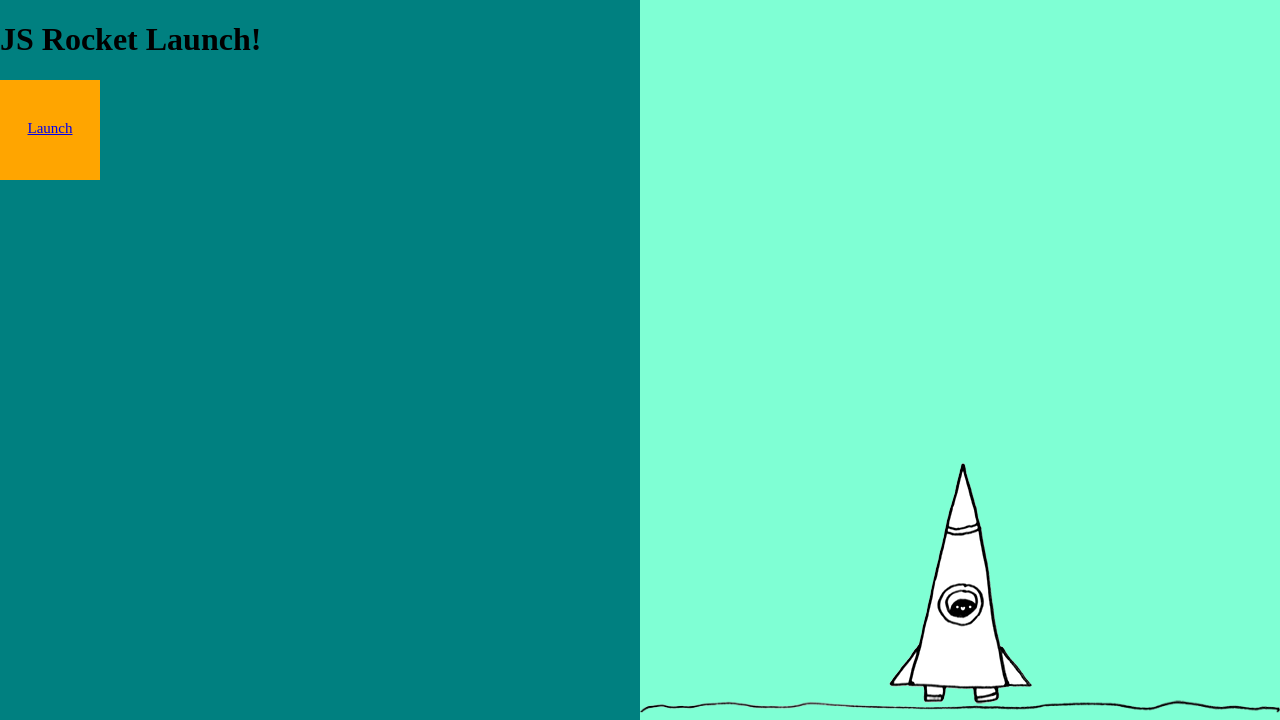
Repository: alcarrizo/Rocket-launch
Page: index.html
The author's editor kept a copy of each file at every save. The page is drawn from the files as they stood at one save, then again after the next save.
The browser window is 1280 px wide. The pictures show the whole page.

Above is the page before, as saved 2022-10-20 17:34:07.

After the next save:
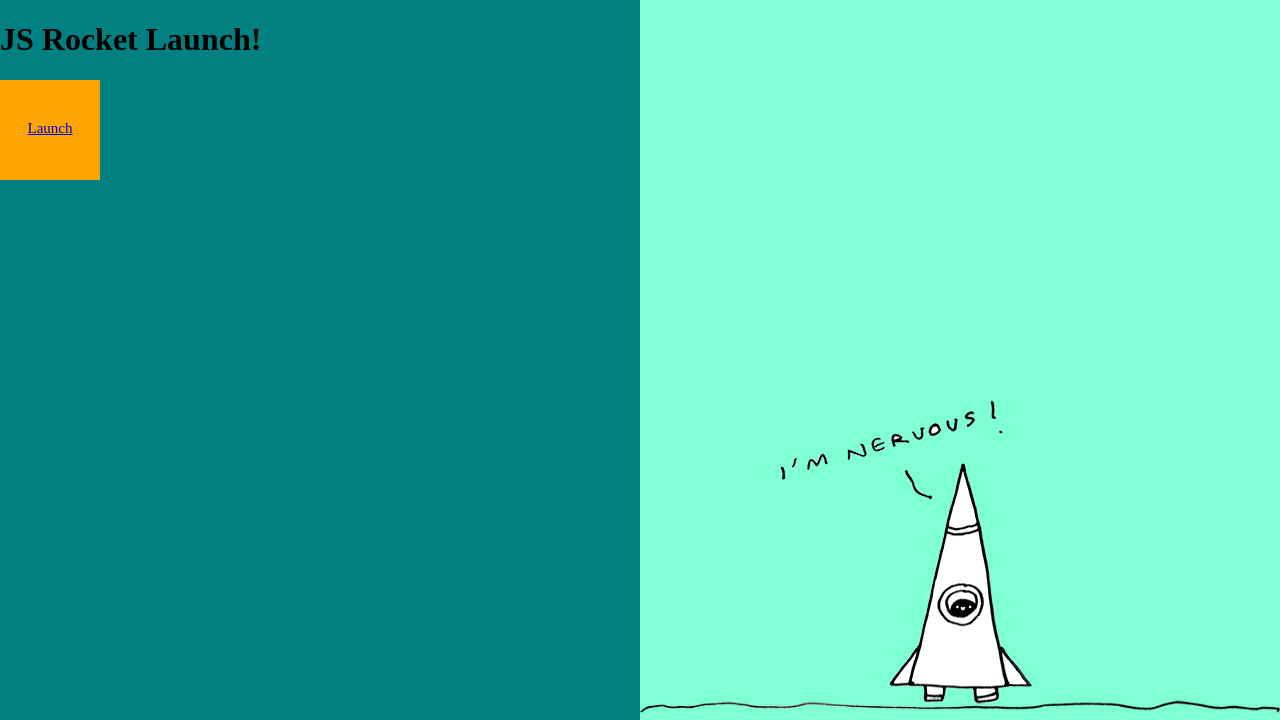
Saved 9 s later.
--- a/index.html
+++ b/index.html
@@ -34,7 +34,7 @@
     <div class="right">
         <div class="rocket" id="rocket"></div>
         <div class="ground"></div>
-        <div class="nervous" id="nervous show"></div>
+        <div class="nervous show" id="nervous"></div>
         <div class="cant-wait" id="cant-wait"></div>
     </div>
 </body>
